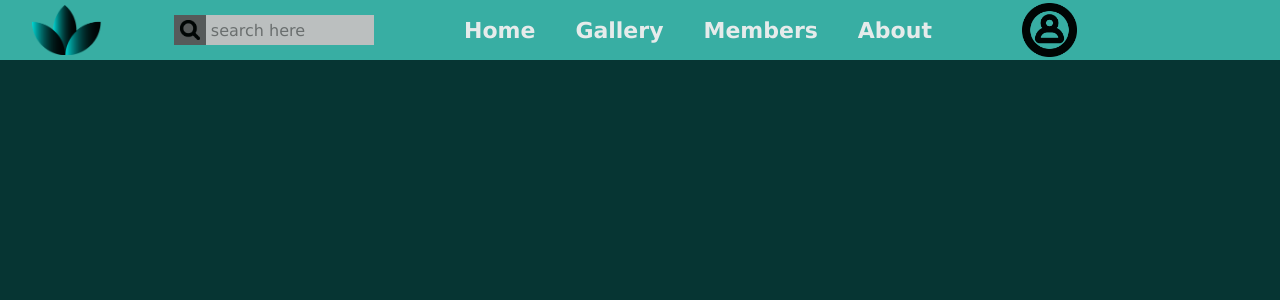
Repository: RawahaMR11/my_assignments
Page: rawaha computer/Shah Designs web/Shah home page.html
The author's editor kept a copy of each file at every save. The page is drawn from the files as they stood at one save, then again after the next save.
The browser window is 1280 px wide. The pictures show the whole page.

Above is the page before, as saved 2024-12-12 17:33:29.

### rawaha computer/Shah Designs web/Shah home page.html
<!DOCTYPE html>
<html lang="en">
<head>
      <meta charset="UTF-8">
      <meta name="viewport" content="width=device-width, initial-scale=1.0">
      <title>Shah Designs</title>
      <link rel="stylesheet" href="Shah home page.css">
</head>
<body>
<div class="my-display">
      <header>
            <div class="logo">
                  <img src="logo.png" alt="Shah Designs logo">
            </div><!--end logo-->
            <div class="search">
                  <img src="search.png" alt="Search-icon">
                  <input type="text" placeholder="search here">
            </div><!--end search-->
            <div class="home">
                  <a href="Shah home page.html">Home</a>
            </div><!--end home-->
            <div class="gallery">
                  <a href="#">Gallery</a>
            </div><!--end gallery-->
            <div class="members">
                  <a href="#">Members</a>
            </div><!--end members -->
            <div class="about">
                  <a href="#">About</a>
            </div><!--end about-->
            <div class="login">
                  <img src="sign in.png" alt="Login">
            </div><!--end login-->
      </header>
</div>
</body>
</html>

### rawaha computer/Shah Designs web/Shah home page.css
* {
      margin: 0;
      padding: 0;
}
body {
      display: block;
      font-size: 14px;
      background-color: rgb(6, 53, 51);
}
.my-display {
      width: 80%;
      margin: 0 auto;
      height: 100%;
      width: 100%;
}
/* css for opening my page on tablets (screens with width <=768px) */
@media screen and (max-width: 768px) {
      body {
            font-size: 16px;
      }
      .my-display {
            width: 100%;
      }
}
/* css for opening my page on laptops,pcs etc (screens with width <=1080px) */
@media screen and (max-width: 1080px) {
      body {
            font-size: 14px;
      }
      .my-display {
            width: 100%;
      }
}
/* css for opening my page on phones (screens with width <=480px) */
@media screen and (max-width: 480px) {
      body {
            font-size: 10px;
      }
      .my-display {
            width: 100%;
      }
}
header {
      width: 100%;
      height: 60px;
      display: flex;
      align-items: center;
      background-color: rgb(62, 188, 176);
      opacity: 90%;
      gap: 40px;
}
.logo {
      height: 83%;
      width: 70px;
      margin: 0 2rem 0;
}
.logo img {
      height: 100%;
      width: 100%;
}
.search {
      width: 200px;
      height: 30px;
      background-color: rgb(95, 95, 95);
      display: flex;
      align-items: center;
      justify-content: space-evenly;
}
.search img {
      width: 10%;
      height: 65%;
      padding: 6px;
}
.search input {
      width: 90%;
      padding: 5.34px;
      border: none;
      outline: none;
      background-color: rgb(207, 207, 207);
      font-family: Verdana, Geneva, Tahoma, sans-serif;
      font-size: 16px;
}
.home {
      font-family: Verdana, Geneva, Tahoma, sans-serif;
      font-size: 22px;
      margin-left: 50px;
}
.home a {
      text-decoration: none;
      font-weight: 700;
      color: white;
}
.gallery {
      font-family: Verdana, Geneva, Tahoma, sans-serif;
      font-size: 22px;
}
.gallery a {
      text-decoration: none;
      font-weight: 700;
      color: white;
}
.members {
      font-family: Verdana, Geneva, Tahoma, sans-serif;
      font-size: 22px;
}
.members a {
      text-decoration: none;
      font-weight: 700;
      color: white;
}
.about {
      font-family: Verdana, Geneva, Tahoma, sans-serif;
      font-size: 22px;
}
.about a {
      text-decoration: none;
      font-weight: 700;
      color: white;
}
.login {
      height: 90%;
      width: 55px;
      float: right;
      margin-left: 50px;
}
.login img {
      height: 100%;
      width: 100%;
      cursor: pointer;
}

After the next save:
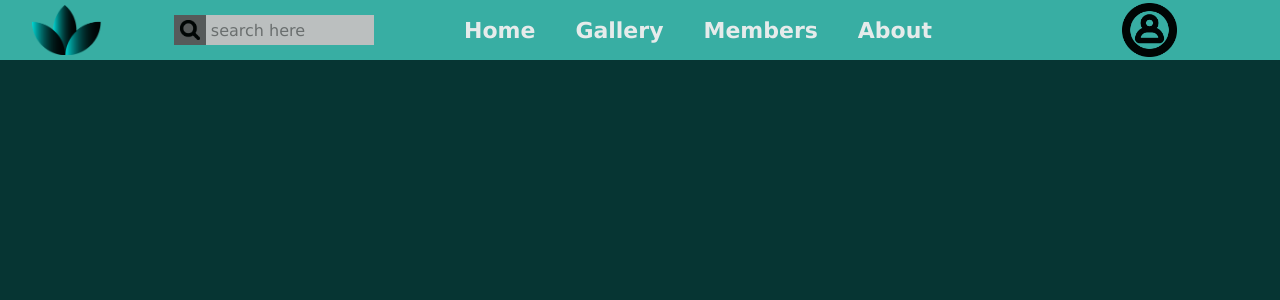
Saved 8 s later.
--- a/rawaha computer/Shah Designs web/Shah home page.css
+++ b/rawaha computer/Shah Designs web/Shah home page.css
@@ -121,7 +121,7 @@ header {
       height: 90%;
       width: 55px;
       float: right;
-      margin-left: 50px;
+      margin-left: 150px;
 }
 .login img {
       height: 100%;
